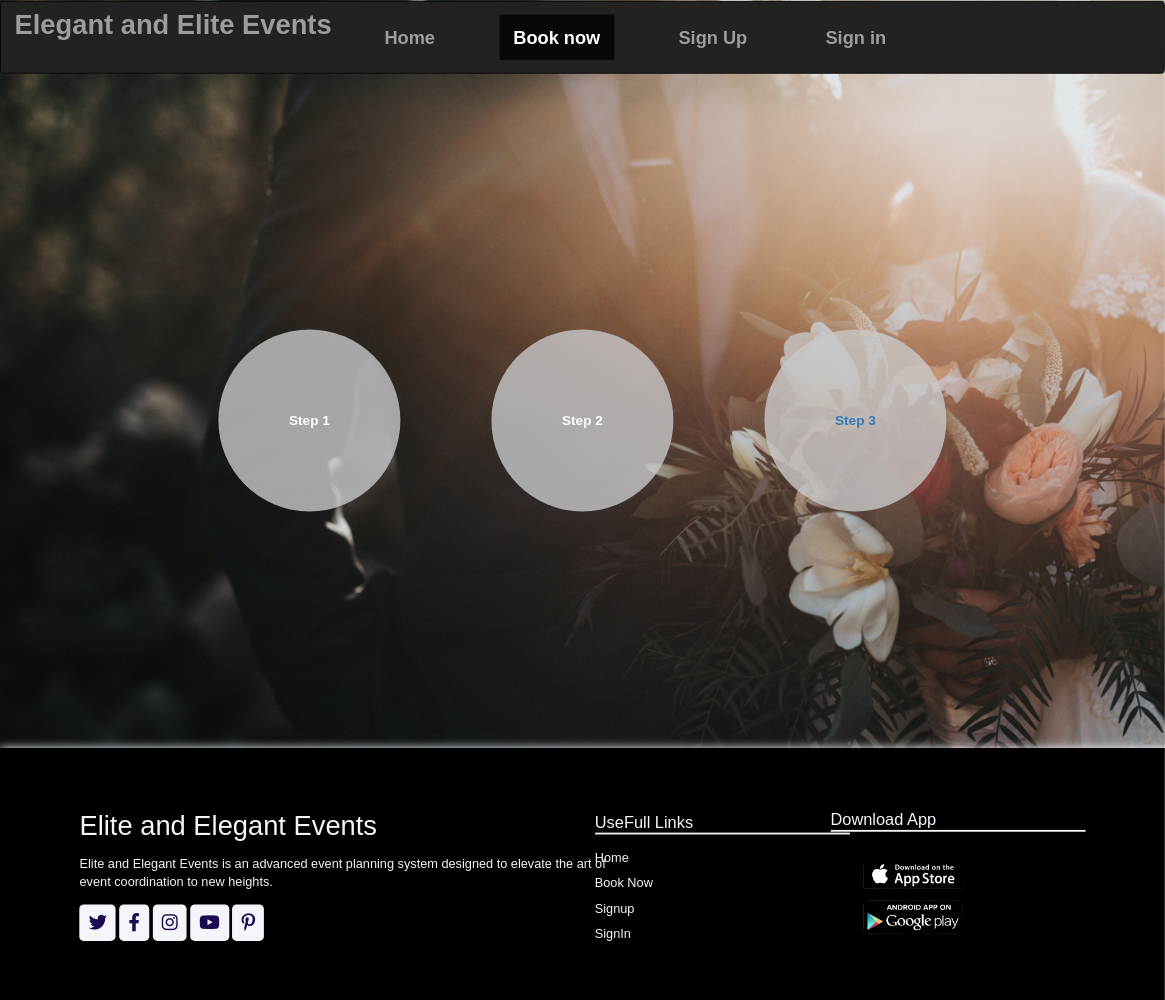
Repository: it22272690/Event-Planning-System
Page: http://localhost/PaymentDemo/Navigate.jsp
The author's editor kept a copy of each file at every save. The page is drawn from the files as they stood at one save, then again after the next save.
The browser window is 1280 px wide. The pictures show the whole page, at 91% of full size.
Some web fonts or font styles are not loaded; a fallback is used. The page is served by Tomcat 10. Other server files are loaded and not shown.

Above is the page before, as saved 2023-10-24 08:48:57.

### PaymentDemo/src/main/webapp/Navigate.jsp
<%@ page language="java" contentType="text/html; charset=ISO-8859-1"
    pageEncoding="ISO-8859-1"%>
<!DOCTYPE html>

<html lang="en">
<head>
    <title>Event Planning System</title>
    <link rel="stylesheet" type="text/css" href="css\home.css">


     <title>Bootstrap Example</title>
        <meta charset="utf-8">
        <meta name="viewport" content="width=device-width, initial-scale=1">
        <link rel="stylesheet" href="https://maxcdn.bootstrapcdn.com/bootstrap/3.4.1/css/bootstrap.min.css">
        <script src="https://ajax.googleapis.com/ajax/libs/jquery/3.6.4/jquery.min.js"></script>
        <script src="https://maxcdn.bootstrapcdn.com/bootstrap/3.4.1/js/bootstrap.min.js"></script>
          <!-- Style Css Link -->
    <link rel="stylesheet" href="css/footer.css">
    <!-- Style Css Link -->

    <!-- Font Awesome Cdn -->
    <link rel="stylesheet" href="https://cdnjs.cloudflare.com/ajax/libs/font-awesome/6.4.0/css/all.min.css">
    <!-- Font Awesome Cdn -->

    <!-- Google Font links -->
    <link rel="preconnect" href="https://fonts.googleapis.com">
    <link rel="preconnect" href="https://fonts.gstatic.com" crossorigin>
    <link href="https://fonts.googleapis.com/css2?family=Josefin+Sans:wght@500&display=swap" rel="stylesheet">
    <!-- Google Font links -->

    </head>
    <body>

        <header>

            <nav class="navbar navbar-inverse">

                <div class="container-fluid">
                    <div class="navbar-header">

                        <a class="navbar-brand" href="#"><b style="font-size:30px;">Elegant and Elite Events</b></a>

                    </div>
                    <ul class="nav navbar-nav">

                        <li><a href="Home.jsp">Home</a></li>
                        <li class="active"><a href="Navigate.jsp">Book now</a></li>
                        <li ><a href="Signup.jsp">Sign Up</a></li>
                        <li><a href="Signin.jsp">Sign in</a></li>


                    </ul>
                </div>
            </nav>

        </header>
    <style>

        body {
            font-family: Arial, sans-serif;
            background-color: #f0f0f0;
            text-align: center;
            background-image: url("images/navigate.jpg");
            background-size: cover
        }

        .navigation {
            display: flex;
            justify-content: center;
            align-items: center;
            height: 100vh;
        }

        .step {
            width: 200px;
            height: 200px;
            background-color: rgba(200, 200, 200, 0.8);
            border-radius: 50%;
            margin: 0 50px;
            display: flex;
            justify-content: center;
            align-items: center;
            color: #fff;
            font-weight: bold;
            cursor: pointer;
            transition: background-color 0.3s;
            font-size:15px;
        }

            .step:hover {
                background-color: #DEB887;
            }

        .form {
            display: none;
        }

            .form.active {
                display: block;
            }
    </style>
    </head>
    <body>

        <div class="navigation">
            <div class="step" id="step1">Step 1</div>
            <div class="step" id="step2">Step 2</div>
    		<div class="step" id="step3"><a href="paymentInsert.jsp">Step 3</a></div>
        </div>

        <div class="form" id="form1">
            <!-- Step 1 content goes here -->
            <h2></h2>
        </div>

        <div class="form" id="form2">
            <!-- Step 2 content goes here -->
            <h2>Step 2 Form</h2>
        </div>

        <div class="form" id="form3">
            <!-- Step 3 content goes here -->
            <h2>Step 3 Form</h2>
        </div>



        <script>
            const steps = document.querySelectorAll('.step');
            const forms = document.querySelectorAll('.form');

            steps.forEach((step, index) => {
                step.addEventListener('click', () => {
                    // Hide all forms
                    forms.forEach(form => form.classList.remove('active'));

                    // Show the selected form
                    forms[index].classList.add('active');
                });
            });
        </script>
     <footer id="footer">
    <div class="footer-content">
        <div class="row" id="row1">
            <a href="#" id="footer-logo">Elite and Elegant Events</a>
            <p>Elite and Elegant Events is an advanced event planning system designed to elevate the art of event coordination to new heights.</p>
            <div class="socail-links">
                <i class="fa-brands fa-twitter"></i>
                <i class="fa-brands fa-facebook-f"></i>
                <i class="fa-brands fa-instagram"></i>
                <i class="fa-brands fa-youtube"></i>
                <i class="fa-brands fa-pinterest-p"></i>
            </div>
        </div>
        <div class="row" id="row2">
            <h3>UseFull Links</h3>
            <ul>
                <li><a href="#">Home</a></li>
                <li><a href="#">Book Now</a></li>
                <li><a href="#">Signup</a></li>
                <li><a href="#">SignIn</a></li>

            </ul>
        </div>

        <div class="row" id="row4">
            <h3>Download App</h3>
            <img src="images/app.png" alt="foot">
        </div>
    </div>
</footer>
    </body>
</html>

### PaymentDemo/src/main/webapp/css/home.css

.button {
    display: inline-block;
    padding: 10px 20px;
    background-color: #D2691E;
    color: #fff;
    text-decoration: none;
    border-radius: 10px;
    margin-right: 10px;
}

body {
    font-family: 'Courier New';
    margin: 0;
    padding: 0;
    background-color: #FFE4B5;
    color: #fff;
}

header {
    display: flex;
    font-family: Arial;
    font-size: 20px;
    align-items: center;

    padding: 1px 0;
    justify-content: space-between; /* Center buttons horizontally */
}

    header img {
        width: 100px; /* Adjust the width as needed */
        height: auto; /* Preserve the aspect ratio */
        margin-left: 20px; /* Add some left margin to the logo */
    }

nav ul {
    list-style-type: none;
    padding: 0;
    text-align: center; /* Center buttons vertically */
}

    nav ul li {
        display: inline;
        float: right;
        display: block;
        color: white;
        padding: 14px 18px;
        text-decoration: none;
    }

        nav ul li a {
            color: #fff;
            text-decoration: none;
            font-weight: bold;
            margin: 0 10px; /* Add some horizontal spacing between the buttons */
        }

.services {
    display: flex;
    flex-wrap: wrap;
    justify-content: center;
    margin: 20px auto;
    max-width: 1200px;
    color: #8B4513; /* Set the text color to white for visibility */
}

.service {
    background-color: #fff;
    border: 1px solid #FF4500; /* Slightly darker border */
    border-radius: 5px;
    padding: 20px;
    margin: 10px;
    text-align: center;
    width: calc(33.33% - 20px);
}

footer {
    background-color: #222; /* Dark background for footer */
    padding: 20px;
    text-align: left;
}

.contact, .social-media {
    display: inline-block;
    margin: 0 20px;
    text-align: left;
    color: #fff;
}

    .social-media a {
        color: #fff;
        text-decoration: none;
        margin: 5px;
        text-align: left;
    }

/* Add this CSS to style the search bar */
.search-section {
    display: flex;
    align-items: center;
}

.search-bar {
    padding: 10px;
    border: 1px solid #ccc;
    border-radius: 5px;
    margin-right: 10px;
    width: 200px; /* Adjust the width as needed */
    outline: none; /* Remove the outline on focus */
}

    .search-bar::placeholder {
        color: #999; /* Placeholder text color */
    }

.search-button {
    background-color: #D2691E;
    color: #fff;
    padding: 10px 20px;
    border: none;
    border-radius: 5px;
    cursor: pointer;
    font-weight: bold;
}

### PaymentDemo/src/main/webapp/css/footer.css
*{
    margin: 0;
    padding: 0;
    box-sizing: border-box;
    text-decoration: none;
    list-style: none;
    scroll-behavior: smooth;
    font-family: 'Josefin Sans', sans-serif;
}
html::-webkit-scrollbar-track{
    background: transparent;
}
html::-webkit-scrollbar-thumb{
    background: #f4f5fb;
    border-radius: 10px;
}
html::-webkit-scrollbar{
    width: 10px;
}
body{
    background: #fff;
}


/* Footer Start */
#footer{
    width: 100%;
    padding: 50px 8% 50px;
    background-color: black;
    box-shadow: 10px 10px 10px 10px #f4f5fb;
}
.footer-content{
    display: grid;
    grid-template-columns: repeat(auto-fit, minmax(250px, auto));
    align-items: center;
    gap: 0.90rem;
}
#footer #row1{
    position: relative;
    overflow: hidden;
}
#footer #row1 #footer-logo{
    font-size: 30px;
    color: #f4f5fb;
}
#footer #row1 p{
    color: #f4f5fb;
    margin-top: 10px;
}
.socail-links{
    margin-top: 15px;
}
.socail-links i{
    color: #1c0a51;
    background: #f4f5fb;
    font-size: 20px;
    padding: 10px;
    border-radius: 5px;
    cursor: pointer;
}
#row2 h3{
    font-size: 18px;
    color: #f4f5fb;
    border-bottom: 2px solid #f4f5fb;
}
#row2 ul{
    margin-top: 15px;
}
#row2 ul li{
    margin-top: 8px;
}
#row2 ul li a{
    color: #f4f5fb;
    transition: 0.5s ease;
}
#row2 li a:hover{
    border-bottom: 1px solid #f4f5fb;
}
#row3 h3{
    font-size: 18px;
    color: #f4f5fb;
    border-bottom: 2px solid #f4f5fb;
}
#row3 ul{
    margin-top: 15px;
}
#row3 ul li{
    margin-top: 8px;
}
#row3 ul li a{
    color: #f4f5fb;
    transition: 0.5s ease;
}
#row3 li a:hover{
    border-bottom: 1px solid #f4f5fb;
}
#row4 h3{
    font-size: 18px;
    color: #f4f5fb;
    border-bottom: 2px solid #f4f5fb;
}
#row4 img{
    width: 180px;
    cursor: pointer;
}
/* Footer End */

After the next save:
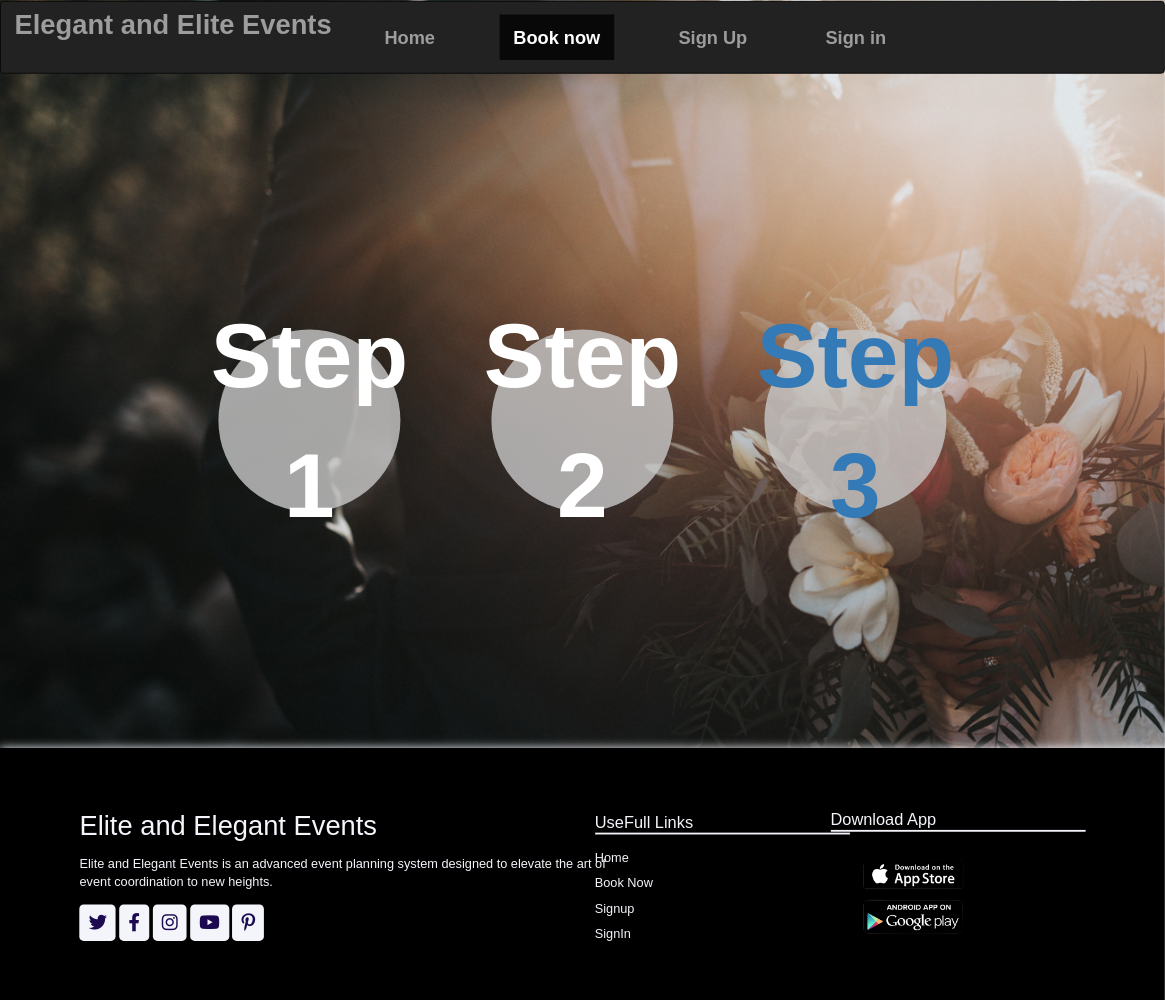
Saved 10 s later.
--- a/PaymentDemo/src/main/webapp/Navigate.jsp
+++ b/PaymentDemo/src/main/webapp/Navigate.jsp
@@ -84,7 +84,7 @@
             font-weight: bold;
             cursor: pointer;
             transition: background-color 0.3s;
-            font-size:15px;
+            font-size:100px;
         }
 
             .step:hover {
